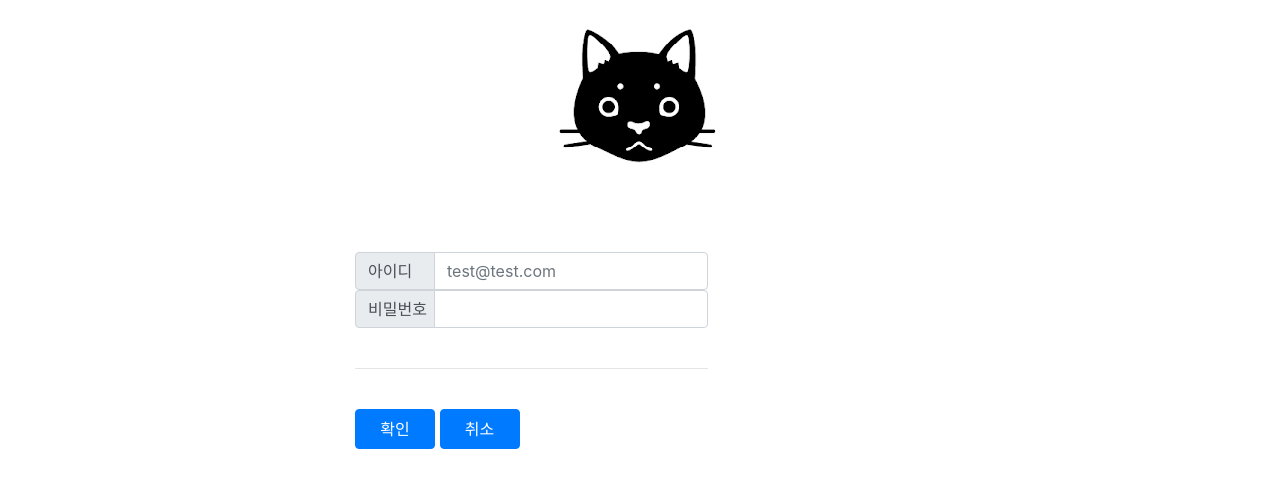
Repository: 0deepsleep/SpringMVCStudy
Page: http://localhost/TestProject/joinCheck.jsp
The author's editor kept a copy of each file at every save. The page is drawn from the files as they stood at one save, then again after the next save.
The browser window is 1280 px wide. The pictures show the whole page.
The page is served by Tomcat 9.

Above is the page before, as saved 2019-06-14 10:05:55.

After the next save:
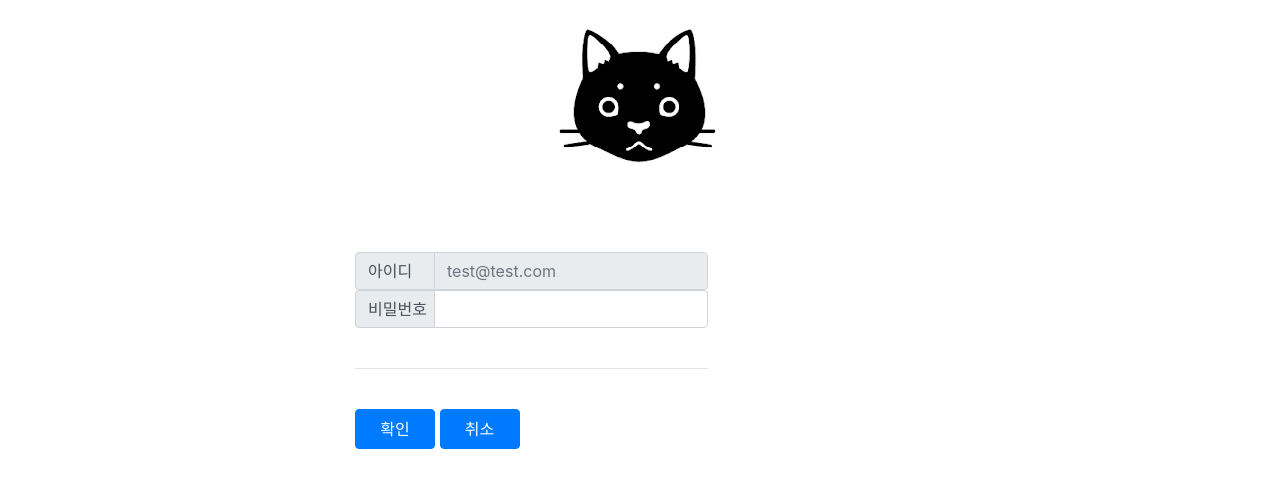
Saved 51 s later.
--- a/TestProject/WebContent/joinCheck.jsp
+++ b/TestProject/WebContent/joinCheck.jsp
@@ -68,8 +68,8 @@
 	  		<div class="input-group-prepend">
 		    	<span class="input-group-text bolck">아이디</span>
 		    </div>
-		    <input type="password" id="userPwd" name="userPwd" class="form-control" placeholder="test@test.com"
-		  required="required" >
+		    <input type="text" id="userPwd" name="userPwd" class="form-control" placeholder="test@test.com"
+		  readonly="readonly" >
 		    </div>
 
 		<div class="input-group" id="memberForm">
